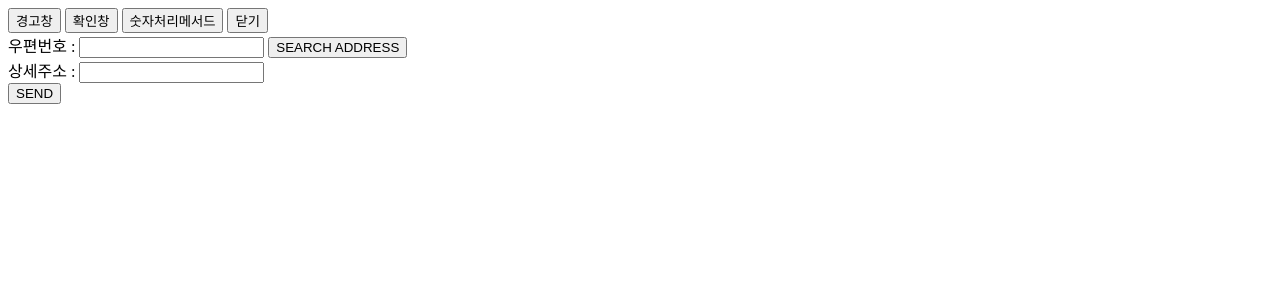
Repository: wishinghyun/multicampus
Page: webwork/clientweb/WebContent/js_bom/js_window_test01.html
An editor plug-in stored every save of this project. The page is shown before and after the next save, followed by the edit.
The browser window is 1280 px wide. The pictures show the whole page.

Above is the page before, as saved 2020-01-08 04:35:31.

### webwork/clientweb/WebContent/js_bom/js_window_test01.html
<!DOCTYPE html>
<html>
<head>
<meta charset="EUC-KR">
<title>Insert title here</title>
	<script type="text/javascript">
		function testConfirm() {
			result = window.confirm("정말 삭제할꺼야?")
			window.alert(result)
		}
	</script>
</head>
<body>
	<button onClick="window.alert('경고창')">경고창</button>
	<button onClick="testConfirm()">확인창</button>
	<button onClick="test_number()">숫자처리메서드</button>
	<button onClick="window.close()">닫기</button>

	<form action="" name="sds">
		우편번호 : <input type="text" name="zipcode"	>
		<input type="button" value="SEARCH ADDRESS" onClick="searchAddress()">
		<br>

		상세주소 : <input type="text" name="address"><br>
		<input type="submit" value="SEND">
	</form>
</body>
</html>

After the next save:
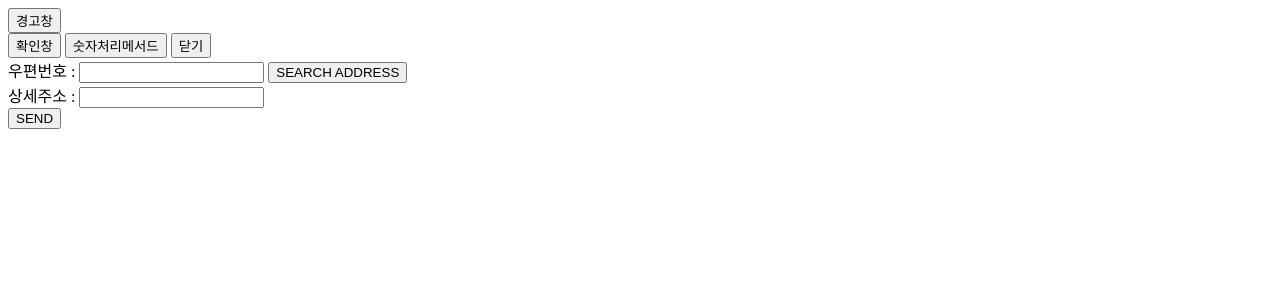
Saved 19 s later.
--- a/webwork/clientweb/WebContent/js_bom/js_window_test01.html
+++ b/webwork/clientweb/WebContent/js_bom/js_window_test01.html
@@ -11,7 +11,7 @@
 	</script>
 </head>
 <body>
-	<button onClick="window.alert('경고창')">경고창</button>
+	<button onClick="window.alert('경고창')">경고창</button></br>
 	<button onClick="testConfirm()">확인창</button>
 	<button onClick="test_number()">숫자처리메서드</button>
 	<button onClick="window.close()">닫기</button>

After the save that followed:
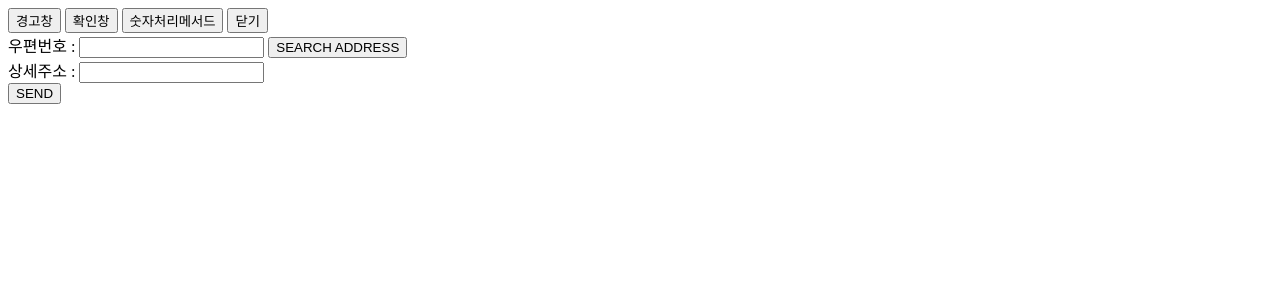
Saved 6 s later.
--- a/webwork/clientweb/WebContent/js_bom/js_window_test01.html
+++ b/webwork/clientweb/WebContent/js_bom/js_window_test01.html
@@ -11,7 +11,7 @@
 	</script>
 </head>
 <body>
-	<button onClick="window.alert('경고창')">경고창</button></br>
+	<button onClick="window.alert('경고창')">경고창</button>
 	<button onClick="testConfirm()">확인창</button>
 	<button onClick="test_number()">숫자처리메서드</button>
 	<button onClick="window.close()">닫기</button>
